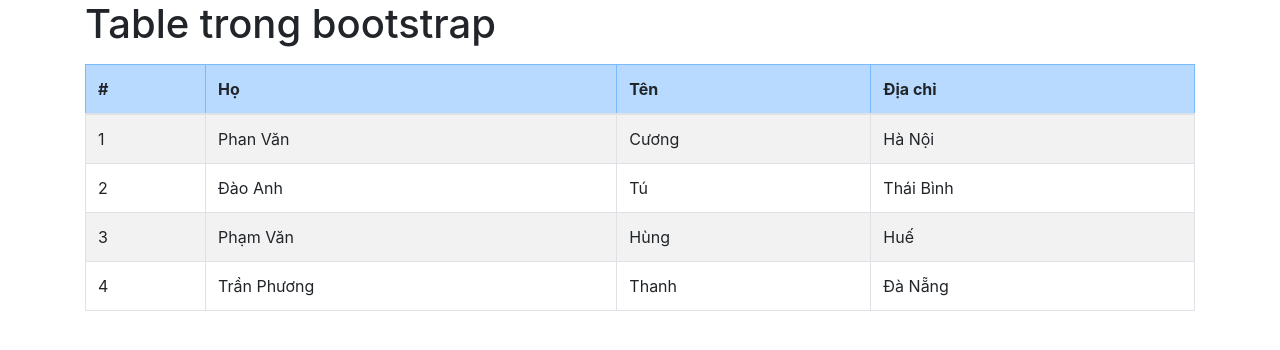
Repository: anhtu2110/front_end
Page: lesson/bootstrap/advance/5.2-table.html
These files come from the project's save history. The page is drawn as it stood at one moment and after the next save; the edit follows.
The browser window is 1280 px wide. The pictures show the whole page.

Above is the page before, as saved 2022-12-06 20:04:51.

### lesson/bootstrap/advance/5.2-table.html
<!DOCTYPE html>
<html lang="en">
  <head>
    <meta charset="UTF-8" />
    <meta http-equiv="X-UA-Compatible" content="IE=edge" />
    <meta name="viewport" content="width=device-width, initial-scale=1.0" />
    <link rel="stylesheet" href="./bootstrap/css/bootstrap.min.css" />
    <title>Table trong bootstrap</title>
  </head>
  <body>
    <div class="container">
      <div class="row">
        <div class="col-md-12">
          <h1 class="table">Table trong bootstrap</h1>
          <table class="table table-bordered table-striped table-hover">
            <thead class="table-primary">
              <tr>
                <th>#</th>
                <th>Họ</th>
                <th>Tên</th>
                <th>Địa chỉ</th>
              </tr>
            </thead>
            <tbody>
              <tr>
                <td>1</td>
                <td>Phan Văn</td>
                <td>Cương</td>
                <td>Hà Nội</td>
              </tr>
              <tr>
                <td>2</td>
                <td>Đào Anh</td>
                <td>Tú</td>
                <td>Thái Bình</td>
              </tr>
              <tr>
                <td>3</td>
                <td>Phạm Văn</td>
                <td>Hùng</td>
                <td>Huế</td>
              </tr>
              <tr>
                <td>4</td>
                <td>Trần Phương</td>
                <td>Thanh</td>
                <td>Đà Nẵng</td>
              </tr>
            </tbody>
          </table>
        </div>
      </div>
    </div>
    <script src="js/jquery-3.6.1.min.js"></script>
    <script src="js/popper.min.js"></script>
    <script src="./bootstrap/js/bootstrap.min.js"></script>
  </body>
</html>

Loaded but not shown: lesson/bootstrap/advance/bootstrap/css/bootstrap.min.css (library); lesson/bootstrap/advance/js/jquery-3.6.1.min.js (library); lesson/bootstrap/advance/js/popper.min.js (library); lesson/bootstrap/advance/bootstrap/js/bootstrap.min.js (library)

After the next save:
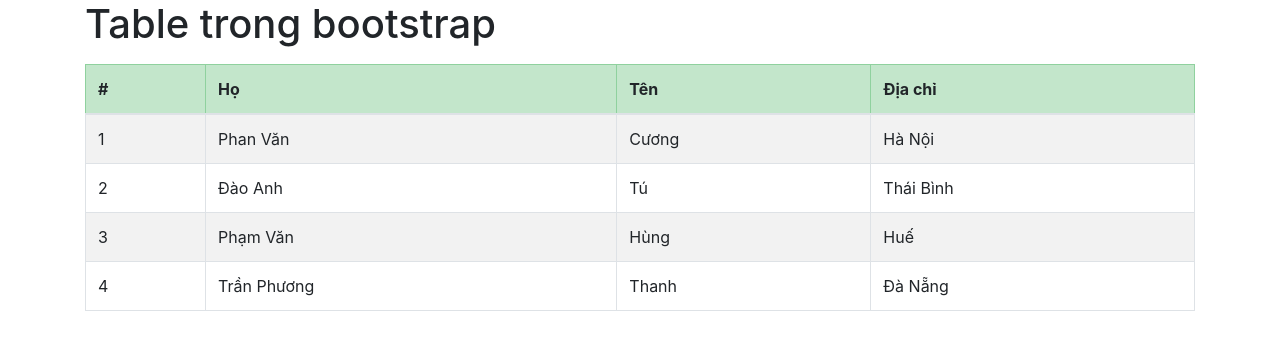
Saved 33 s later.
--- a/lesson/bootstrap/advance/5.2-table.html
+++ b/lesson/bootstrap/advance/5.2-table.html
@@ -14,7 +14,7 @@
           <h1 class="table">Table trong bootstrap</h1>
           <table class="table table-bordered table-striped table-hover">
             <thead class="table-primary">
-              <tr>
+              <tr class="table-success">
                 <th>#</th>
                 <th>Họ</th>
                 <th>Tên</th>

After the save that followed:
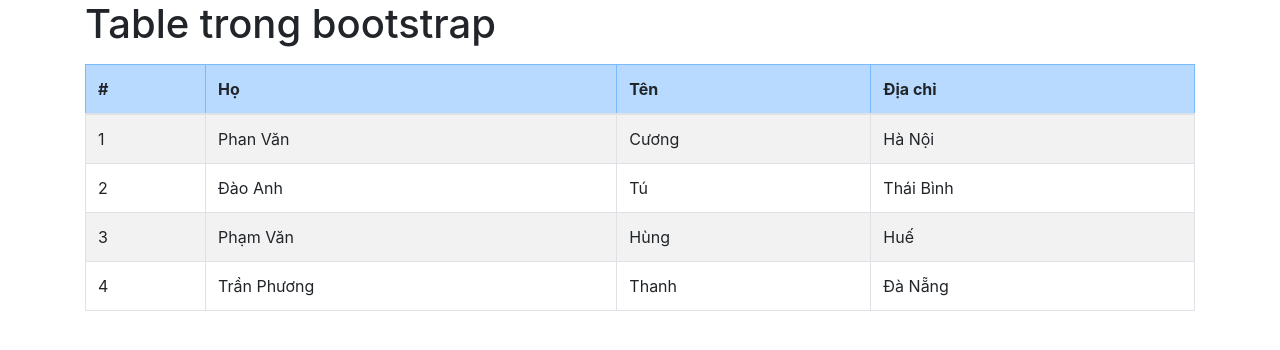
Saved 16 s later.
--- a/lesson/bootstrap/advance/5.2-table.html
+++ b/lesson/bootstrap/advance/5.2-table.html
@@ -14,7 +14,7 @@
           <h1 class="table">Table trong bootstrap</h1>
           <table class="table table-bordered table-striped table-hover">
             <thead class="table-primary">
-              <tr class="table-success">
+              <tr>
                 <th>#</th>
                 <th>Họ</th>
                 <th>Tên</th>
@@ -22,7 +22,7 @@
               </tr>
             </thead>
             <tbody>
-              <tr>
+              <tr class="thead-success">
                 <td>1</td>
                 <td>Phan Văn</td>
                 <td>Cương</td>
